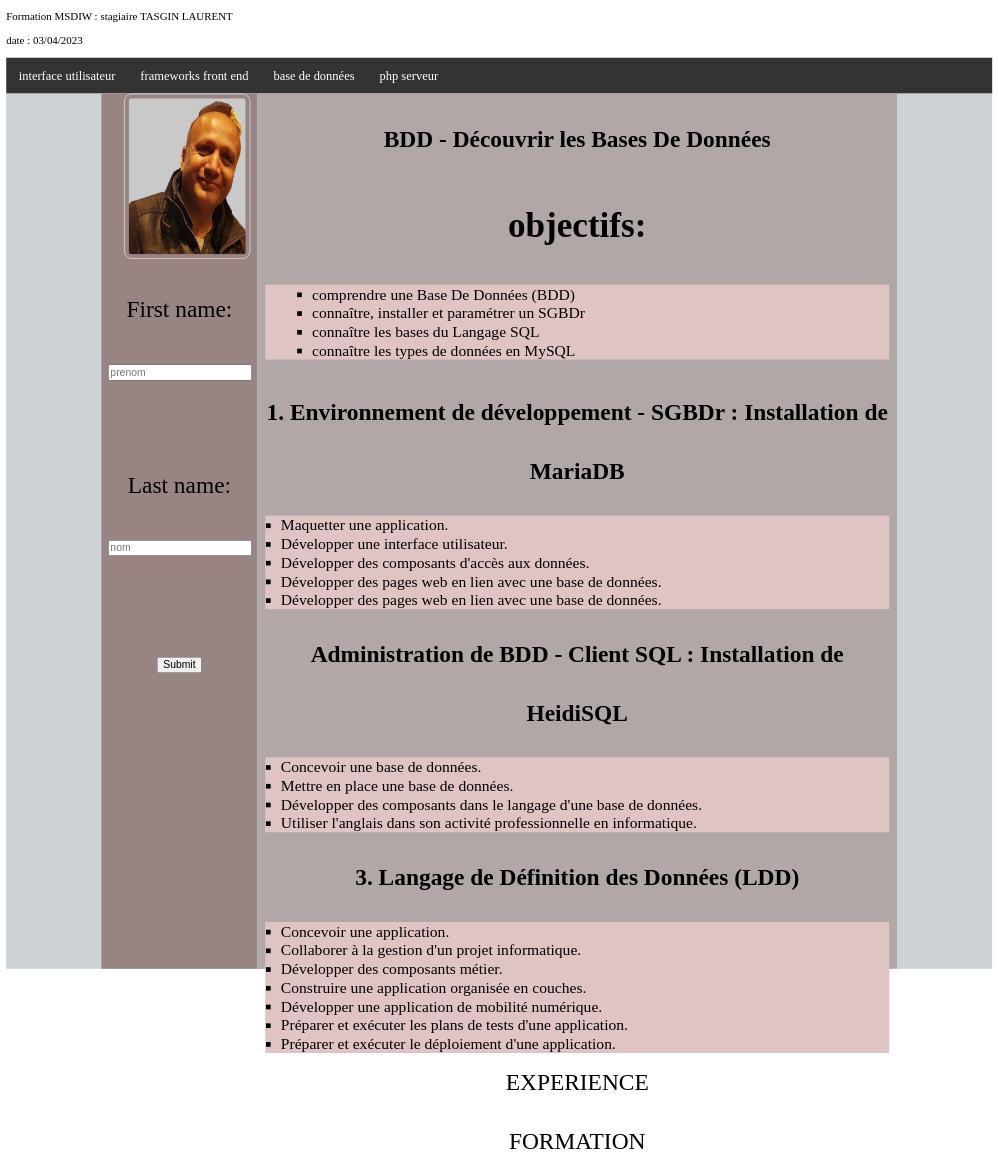
Repository: laurentbul/ApplicationEssai
Page: exercice/ex1/stagiaire_laurent/BACK/BDD/SQL/bdd1_alimenter.html
These files come from the project's save history. The page is drawn as it stood at one moment and after the next save; the edit follows.
The browser window is 1280 px wide. The pictures show the whole page, at 78% of full size.

Above is the page before, as saved 2023-04-06 06:19:37.

### exercice/ex1/stagiaire_laurent/BACK/BDD/SQL/bdd1_alimenter.html
<!DOCTYPE html>
<html lang="en">

<head>
  <meta charset="UTF-8">
  <meta http-equiv="X-UA-Compatible" content="IE=edge">
  <meta name="viewport" content="width=device-width, initial-scale=1.0">
  <link rel="icon" type="image/x-icon" sizes="30x30" href="../IMG/img.jpeg">
  <link rel="stylesheet" href="/FRONT/STATIQUE/CSS/msdiw.css">
  <title>Document</title>
  <style>
  </style>
</head>
</head>

<body>
  <p>Formation MSDIW : stagiaire TASGIN LAURENT</p>
  <p>date : 03/04/2023</p>
  <ul>
    <li><a href="./interface_utilisateur.html">interface utilisateur</a></li>
    <li><a href="./interface_utilisateur.html">frameworks front end</a></li>
    <li><a href="./interface_utilisateur.html">base de données</a></li>
    <li><a href="./interface_utilisateur.html">php serveur</a></li>
  </ul>
  <!-- <div>
        <input type="color" id="head" name="head" value="blue">
        <label for="head">Head</label>
    </div> -->
  <div class="flex-container">
    <div class="div_gauche">
      <img src="../IMG/img.jpeg" alt="photo d'identité" width="200" height="200">
      <form action="/action_page.php">
        <label for="fname">First name:</label>
        <input type="text" id="fname" name="fname" placeholder="prenom"><br><br>
        <label for="lname">Last name:</label>
        <input type="text" id="lname" name="lname" placeholder="nom"><br><br>
        <input type="submit" value="Submit">
      </form>
    </div>
    <div class="div_droite">
      <div>

        <h1>BDD - Découvrir les Bases De Données</h1>
        <h2>objectifs:</h2>

        <ol class="paragraphe">
            <li class="competence" >comprendre une Base De Données (BDD)</li>
            <li class="competence" >connaître, installer et paramétrer un SGBDr</li>
            <li class="competence" >connaître les bases du Langage  SQL</li>
            <li class="competence" >connaître les types de données  en MySQL</li>
        </ol>



        <h1 class="titre">1. Environnement de développement - SGBDr : Installation de MariaDB</h1>
        <ul class="paragraphe" >
          <li class="competence"> Maquetter une application.</li>
          <li class="competence"> Développer une interface utilisateur.</li>
          <li class="competence"> Développer des composants d'accès aux données.</li>
          <li class="competence"> Développer des pages web en lien avec une base de données.</li>
          <li class="competence"> Développer des pages web en lien avec une base de données.</li>
        </ul>
        <h1 class="titre">Administration de BDD - Client SQL : Installation de HeidiSQL</h1>
        <ul class="paragraphe" >
          <li class="competence">Concevoir une base de données.</li>
          <li class="competence">Mettre en place une base de données.</li>
          <li class="competence">Développer des composants dans le langage d'une base de données.</li>
          <li class="competence"> Utiliser l'anglais dans son activité professionnelle en informatique.</li>
        </ul>
        <h1 class="titre">3. Langage de Définition des Données (LDD)</h1>
        <ul class="paragraphe">
          <li class="competence"> Concevoir une application.</li>
          <li class="competence"> Collaborer à la gestion d'un projet informatique.</li>
          <li class="competence"> Développer des composants métier.</li>
          <li class="competence"> Construire une application organisée en couches.</li>
          <li class="competence"> Développer une application de mobilité numérique.</li>
          <li class="competence"> Préparer et exécuter les plans de tests d'une application.</li>
          <li class="competence"> Préparer et exécuter le déploiement d'une application.</li>
        </ul>
      </div>
      <div>EXPERIENCE</div>
      <div>FORMATION</div>
    </div>
</body>

</html>

### exercice/ex1/stagiaire_laurent/FRONT/STATIQUE/CSS/msdiw.css
.corps{
    background-color: rgb(201, 149, 71);
    width:900px;
    border: 1px;
  margin-top: 10px;
  margin-left: auto;
  margin-right: auto;
  padding:50px;
}
.paragraphe{
    background-color: #e0c4c4;
    line-height:80%;
    list-style-type:square;
}
.competence{
    font-size: 20px;
    margin-left: 20px;
    float:none;
    text-align:left;
}


h1 {
    font-size: 30px;
  }

  h3 {
    font-size: 30px;
    margin-left: none;
    color: red;
  }

  p {
    font-size: 14px;
  }

.flex-container {
    display: flex;
    flex-direction: row;
    background-color: rgb(205, 210, 214);
  }

  .flex-container > div {

    text-align: center;
    line-height: 75px;
    font-size: 30px;
  }

  .div_gauche{
    background-color: #998484;
    width: 200px;
    margin-left: auto;
    height: 1122px; ;
  }
  .div_droite{
    background-color: #b1a7a7;
    width: 800px;
    height: 1122px;
    margin-right: auto;
    padding-left: 10px;
    padding-right: 10px;
  }

ul {
    list-style-type: none;
    margin: 0;
    padding: 0;
    overflow: hidden;
    background-color: #333;
}

li {
    float: left;
}

li a {
    display: block;
    color: white;
    text-align: center;
    padding: 14px 16px;
    text-decoration: none;
}

li a:hover {
    background-color: #111;
}

.meta{
    /* background-color: rgb(168, 161, 166); */
    width: 900px;
}
.title{
    /* background-color: rgb(221, 219, 214); */
    width: 600px;
}
.utf8{
    /* background-color: rgb(198, 204, 207); */
    width: 600px;
}
.image{
    /* background-color: rgb(198, 204, 207); */
    width: 600px;
}
.css{
    /* background-color: rgb(198, 204, 207); */
    width: 600px;
}
img {
    border: 1px solid #ddd;
    border-radius: 10px;
    padding: 5px;
    width: 150px;
    margin-left: 20px;

  }

After the next save:
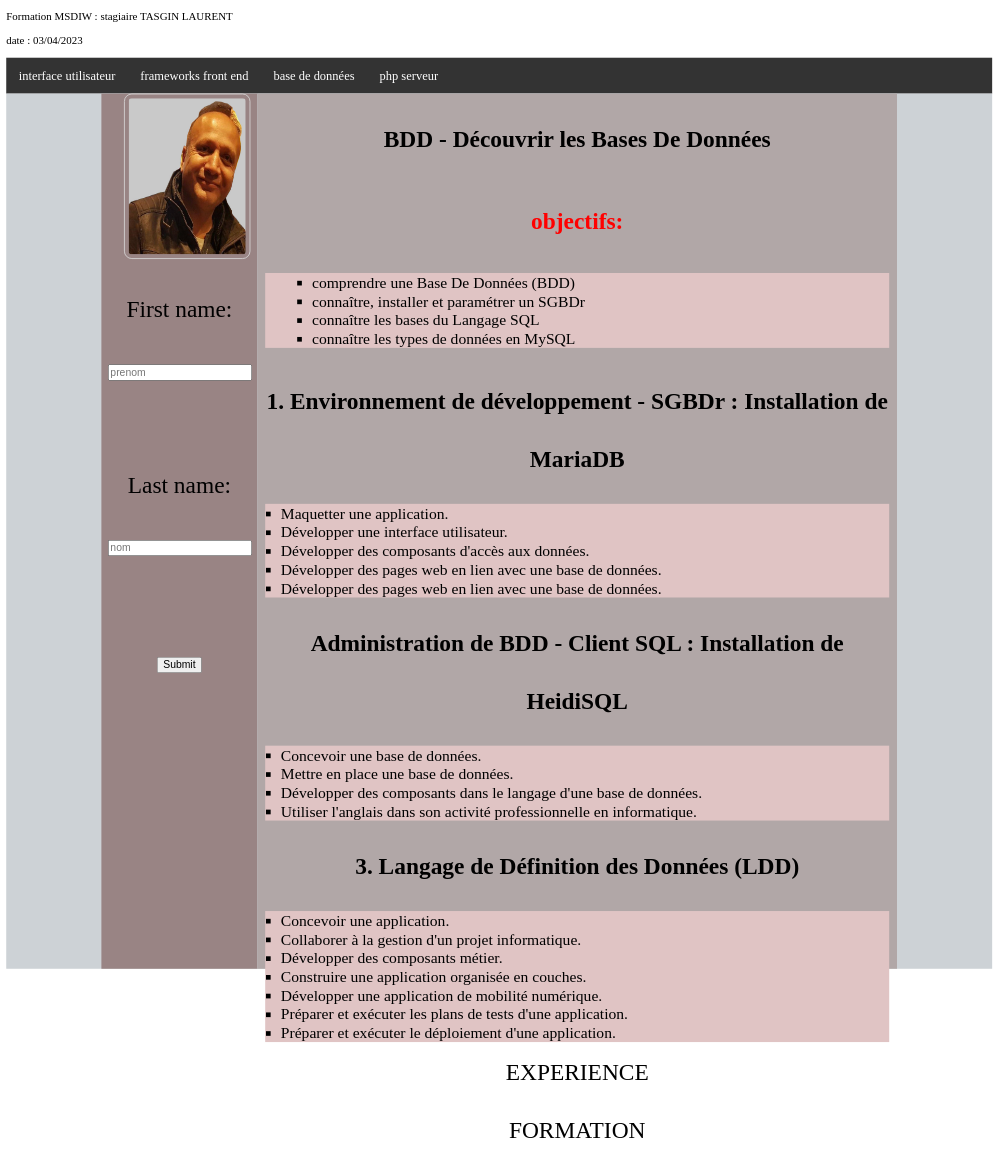
Saved 20 s later.
--- a/exercice/ex1/stagiaire_laurent/BACK/BDD/SQL/bdd1_alimenter.html
+++ b/exercice/ex1/stagiaire_laurent/BACK/BDD/SQL/bdd1_alimenter.html
@@ -41,7 +41,7 @@
       <div>
 
         <h1>BDD - Découvrir les Bases De Données</h1>
-        <h2>objectifs:</h2>
+        <h3>objectifs:</h3>
 
         <ol class="paragraphe">
             <li class="competence" >comprendre une Base De Données (BDD)</li>
